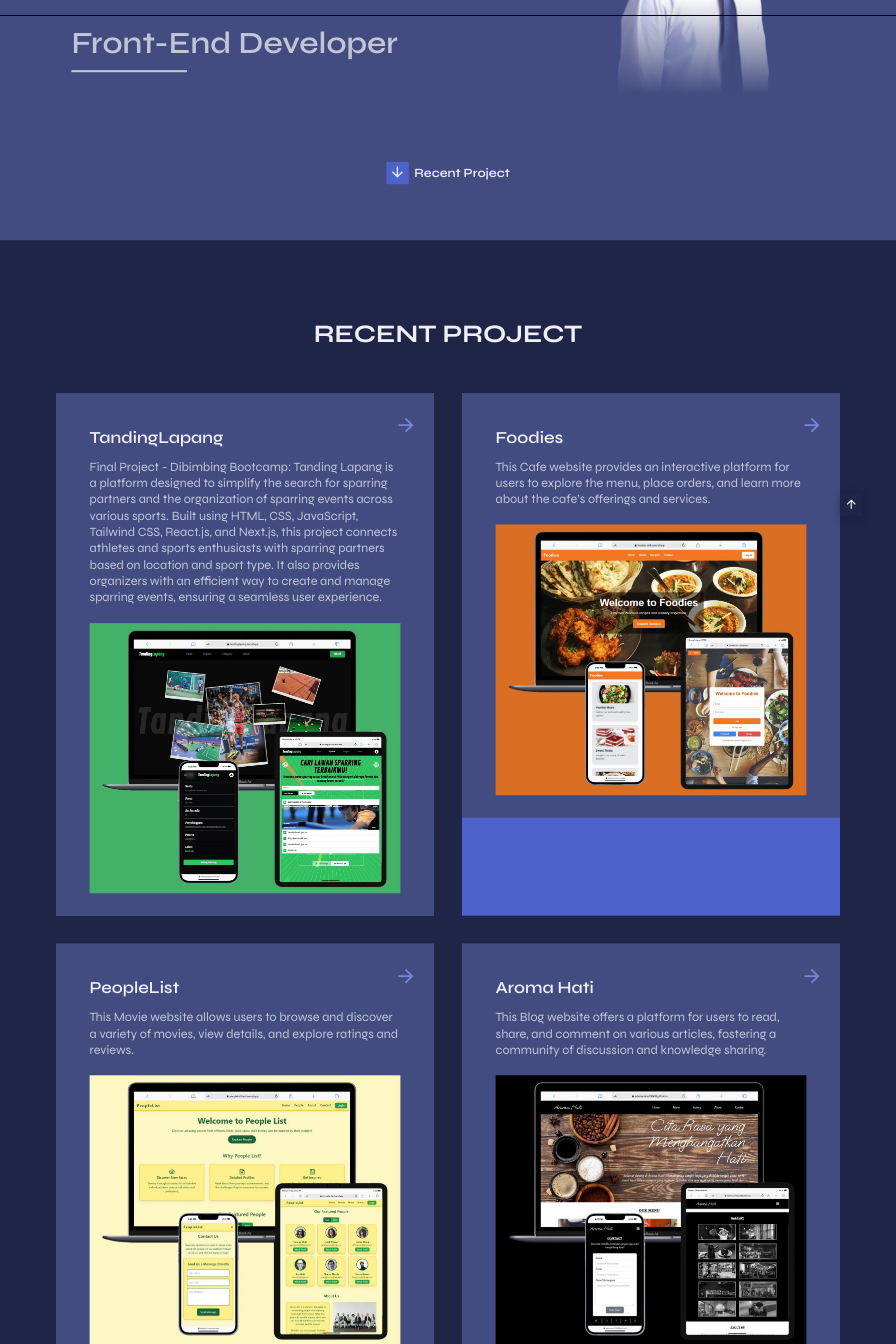
Repository: Ademaulana100499/amgrowth
Page: /
These files come from the project's save history. The page is drawn as it stood at one moment and after the next save; the edit follows.
The browser window is 1280 px wide. The pictures show the part of the page from y = 343 to 2263 px (the page is 7447 px tall), at 70% of full size.
Some web fonts or font styles are not loaded; a fallback is used. The project was rebuilt for these pictures with package versions that can differ from the ones it lists, and the page was loaded fresh each time. Also part of the build but not shown: vite.config.js.

Above is the page before, as saved 2025-02-19 16:02:51.

After the next save:
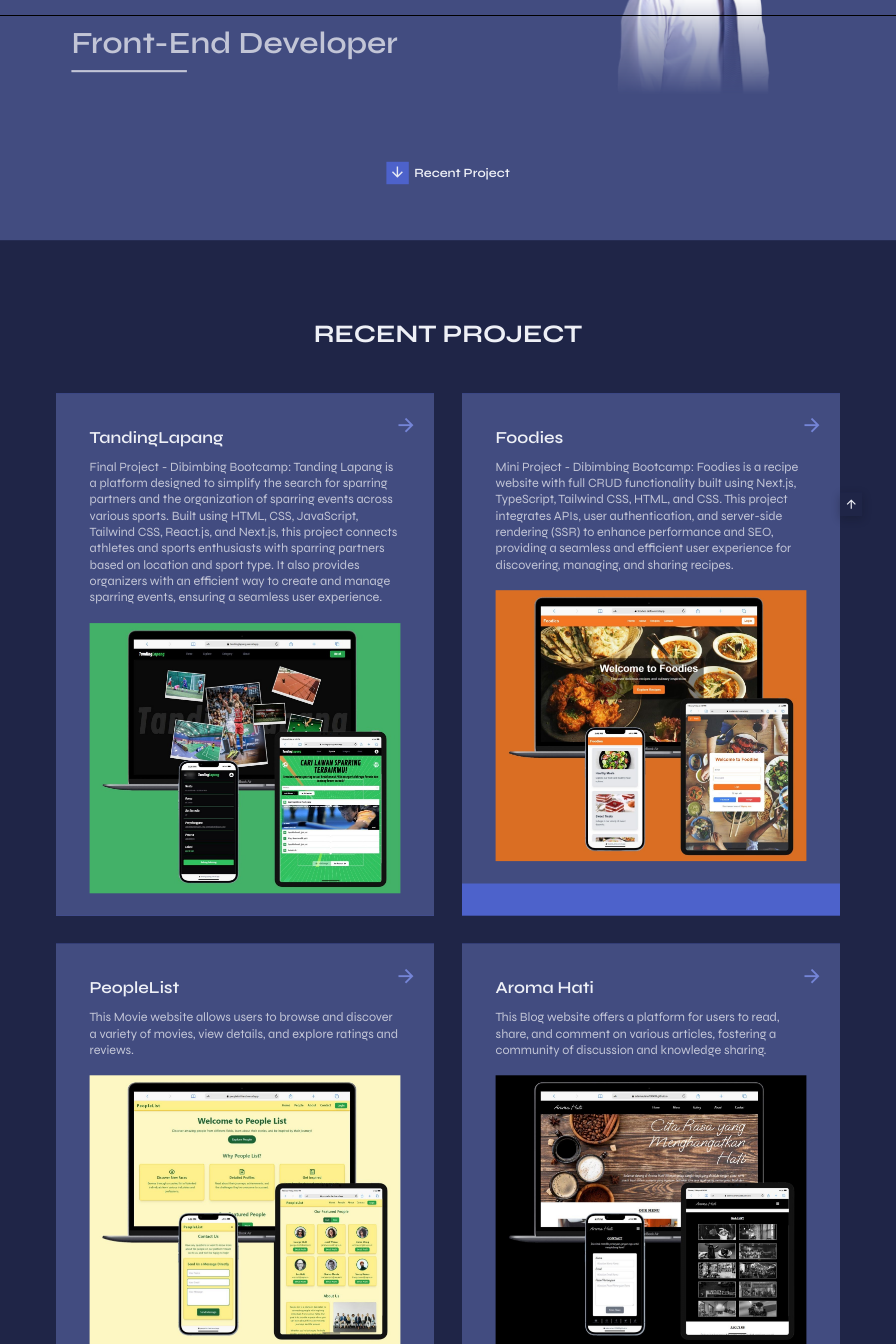
Saved 3 min 30 s later.
--- a/src/App.jsx
+++ b/src/App.jsx
@@ -37,7 +37,7 @@
       id: 2,
       title: "Foodies",
       description:
-        "This Cafe website provides an interactive platform for users to explore the menu, place orders, and learn more about the cafe’s offerings and services.",
+        "Mini Project - Dibimbing Bootcamp: Foodies is a recipe website with full CRUD functionality built using Next.js, TypeScript, Tailwind CSS, HTML, and CSS. This project integrates APIs, user authentication, and server-side rendering (SSR) to enhance performance and SEO, providing a seamless and efficient user experience for discovering, managing, and sharing recipes.",
       image: "/assets/img/foodies.jpg",
     },
     {
